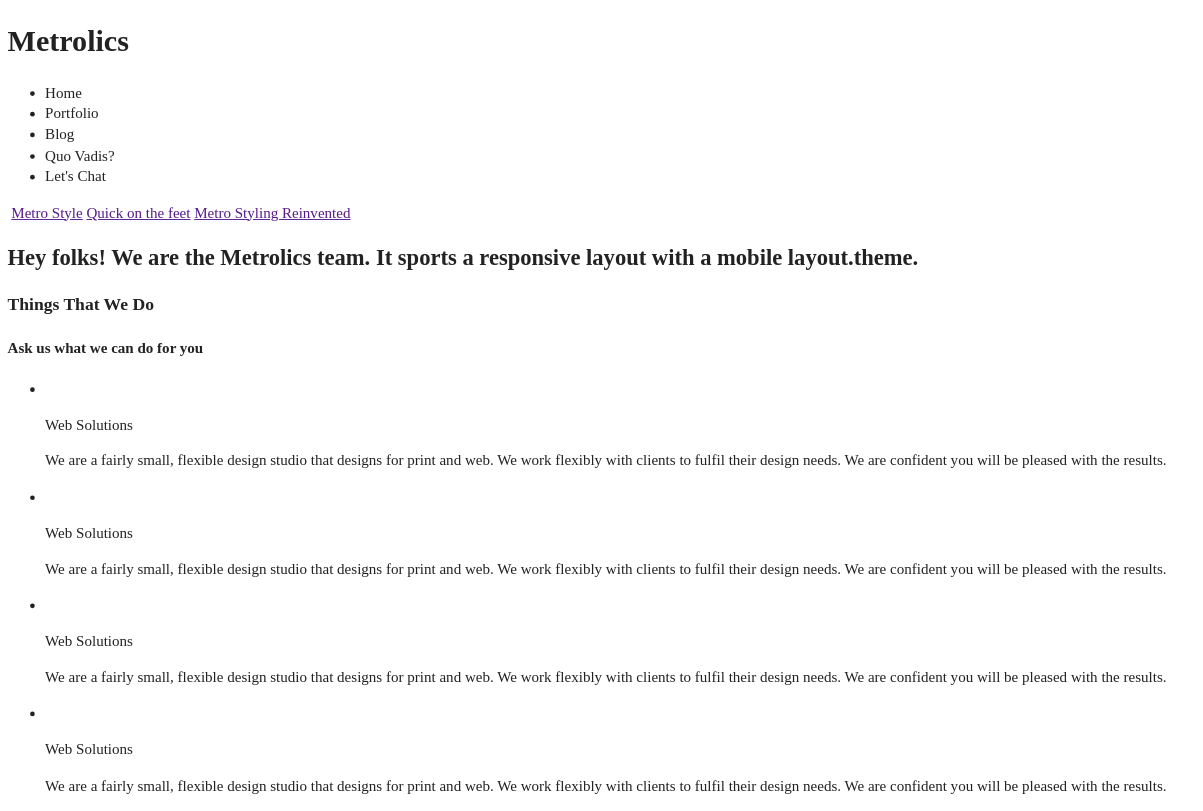
Repository: kaitlynlew/Lab02-Metrolics
Page: index.html
These files come from the project's save history. The page is drawn as it stood at one moment and after the next save; the edit follows.
The browser window is 1280 px wide. The pictures show the whole page, at 94% of full size.

Above is the page before, as saved 2025-01-22 15:16:33.

### index.html
<!doctype html>
<html class="no-js" lang="">

<head>
  <meta charset="utf-8">
  <meta name="viewport" content="width=device-width, initial-scale=1">
  <title>Metrolics</title>
  <link rel="stylesheet" href="css/style.css">
  <meta name="description" content="">

  <meta property="og:title" content="">
  <meta property="og:type" content="">
  <meta property="og:url" content="">
  <meta property="og:image" content="">
  <meta property="og:image:alt" content="">

  <link rel="manifest" href="site.webmanifest">
  <meta name="theme-color" content="#fafafa">
</head>

<body>

  <header>
    <h1>Metrolics</h1>
    <nav>
        <ul>
            <li>Home</li>
            <li>Portfolio</li>
            <li>Blog</li>
            <li>Quo Vadis?</li>
            <li>Let's Chat</li>
        </ul>
    </nav>
</header>

<div>
  <img src="">
  <a href="">Metro Style</a>
  <a href="">Quick on the feet</a>
  <a href="">Metro Styling Reinvented</a>
</div>

<h2>Hey folks! We are the Metrolics team. It sports a responsive layout with a mobile layout.theme.</h2>

<section>
    <h3>Things That We Do</h3>
    <h4>Ask us what we can do for you</h4>
    <div>
        <ul>
            <li><img src="">
                <p>Web Solutions</p>
                <p>We are a fairly small, flexible design studio that designs for print and web. We work flexibly with clients to fulfil their design needs. We are confident you will be pleased with the results.</p>
            </li>
        </ul>
        <ul>
            <li><img src="">
                <p>Web Solutions</p>
                <p>We are a fairly small, flexible design studio that designs for print and web. We work flexibly with clients to fulfil their design needs. We are confident you will be pleased with the results.</p>
            </li>
        </ul>
        <ul>
            <li><img src="">
                <p>Web Solutions</p>
                <p>We are a fairly small, flexible design studio that designs for print and web. We work flexibly with clients to fulfil their design needs. We are confident you will be pleased with the results.</p>
            </li>
        </ul>
        <ul>
            <li><img src="">
                <p>Web Solutions</p>
                <p>We are a fairly small, flexible design studio that designs for print and web. We work flexibly with clients to fulfil their design needs. We are confident you will be pleased with the results.</p>
            </li>
        </ul>
    </div>
</section>

  <script src="js/app.js"></script>

</body>

</html>

### css/style.css
/*! HTML5 Boilerplate v9.0.1 | MIT License | https://html5boilerplate.com/ */

/* main.css 3.0.0 | MIT License | https://github.com/h5bp/main.css#readme */
/*
 * What follows is the result of much research on cross-browser styling.
 * Credit left inline and big thanks to Nicolas Gallagher, Jonathan Neal,
 * Kroc Camen, and the H5BP dev community and team.
 */

/* ==========================================================================
   Base styles: opinionated defaults
   ========================================================================== */

html {
  color: #222;
  font-size: 1em;
  line-height: 1.4;
}

/*
 * Remove text-shadow in selection highlight:
 * https://twitter.com/miketaylr/status/12228805301
 *
 * Customize the background color to match your design.
 */

::-moz-selection {
  background: #b3d4fc;
  text-shadow: none;
}

::selection {
  background: #b3d4fc;
  text-shadow: none;
}

/*
 * A better looking default horizontal rule
 */

hr {
  display: block;
  height: 1px;
  border: 0;
  border-top: 1px solid #ccc;
  margin: 1em 0;
  padding: 0;
}

/*
 * Remove the gap between audio, canvas, iframes,
 * images, videos and the bottom of their containers:
 * https://github.com/h5bp/html5-boilerplate/issues/440
 */

audio,
canvas,
iframe,
img,
svg,
video {
  vertical-align: middle;
}

/*
 * Remove default fieldset styles.
 */

fieldset {
  border: 0;
  margin: 0;
  padding: 0;
}

/*
 * Allow only vertical resizing of textareas.
 */

textarea {
  resize: vertical;
}

/* ==========================================================================
   Author's custom styles
   ========================================================================== */

/* ==========================================================================
   Helper classes
   ========================================================================== */

/*
 * Hide visually and from screen readers
 */

.hidden,
[hidden] {
  display: none !important;
}

/*
 * Hide only visually, but have it available for screen readers:
 * https://snook.ca/archives/html_and_css/hiding-content-for-accessibility
 *
 * 1. For long content, line feeds are not interpreted as spaces and small width
 *    causes content to wrap 1 word per line:
 *    https://medium.com/@jessebeach/beware-smushed-off-screen-accessible-text-5952a4c2cbfe
 */

.visually-hidden {
  border: 0;
  clip: rect(0, 0, 0, 0);
  height: 1px;
  margin: -1px;
  overflow: hidden;
  padding: 0;
  position: absolute;
  white-space: nowrap;
  width: 1px;
  /* 1 */
}

/*
 * Extends the .visually-hidden class to allow the element
 * to be focusable when navigated to via the keyboard:
 * https://www.drupal.org/node/897638
 */

.visually-hidden.focusable:active,
.visually-hidden.focusable:focus {
  clip: auto;
  height: auto;
  margin: 0;
  overflow: visible;
  position: static;
  white-space: inherit;
  width: auto;
}

/*
 * Hide visually and from screen readers, but maintain layout
 */

.invisible {
  visibility: hidden;
}

/*
 * Clearfix: contain floats
 *
 * The use of `table` rather than `block` is only necessary if using
 * `::before` to contain the top-margins of child elements.
 */

.clearfix::before,
.clearfix::after {
  content: "";
  display: table;
}

.clearfix::after {
  clear: both;
}

/* ==========================================================================
   EXAMPLE Media Queries for Responsive Design.
   These examples override the primary ('mobile first') styles.
   Modify as content requires.
   ========================================================================== */

@media only screen and (min-width: 35em) {
  /* Style adjustments for viewports that meet the condition */
}

@media print,
  (-webkit-min-device-pixel-ratio: 1.25),
  (min-resolution: 1.25dppx),
  (min-resolution: 120dpi) {
  /* Style adjustments for high resolution devices */
}

/* ==========================================================================
   Print styles.
   Inlined to avoid the additional HTTP request:
   https://www.phpied.com/delay-loading-your-print-css/
   ========================================================================== */

@media print {
  *,
  *::before,
  *::after {
    background: #fff !important;
    color: #000 !important;
    /* Black prints faster */
    box-shadow: none !important;
    text-shadow: none !important;
  }

  a,
  a:visited {
    text-decoration: underline;
  }

  a[href]::after {
    content: " (" attr(href) ")";
  }

  abbr[title]::after {
    content: " (" attr(title) ")";
  }

  /*
   * Don't show links that are fragment identifiers,
   * or use the `javascript:` pseudo protocol
   */
  a[href^="#"]::after,
  a[href^="javascript:"]::after {
    content: "";
  }

  pre {
    white-space: pre-wrap !important;
  }

  pre,
  blockquote {
    border: 1px solid #999;
    page-break-inside: avoid;
  }

  tr,
  img {
    page-break-inside: avoid;
  }

  p,
  h2,
  h3 {
    orphans: 3;
    widows: 3;
  }

  h2,
  h3 {
    page-break-after: avoid;
  }
}

Loaded but not shown: js/app.js (no stored copy; drawn as an empty file)

After the next save:
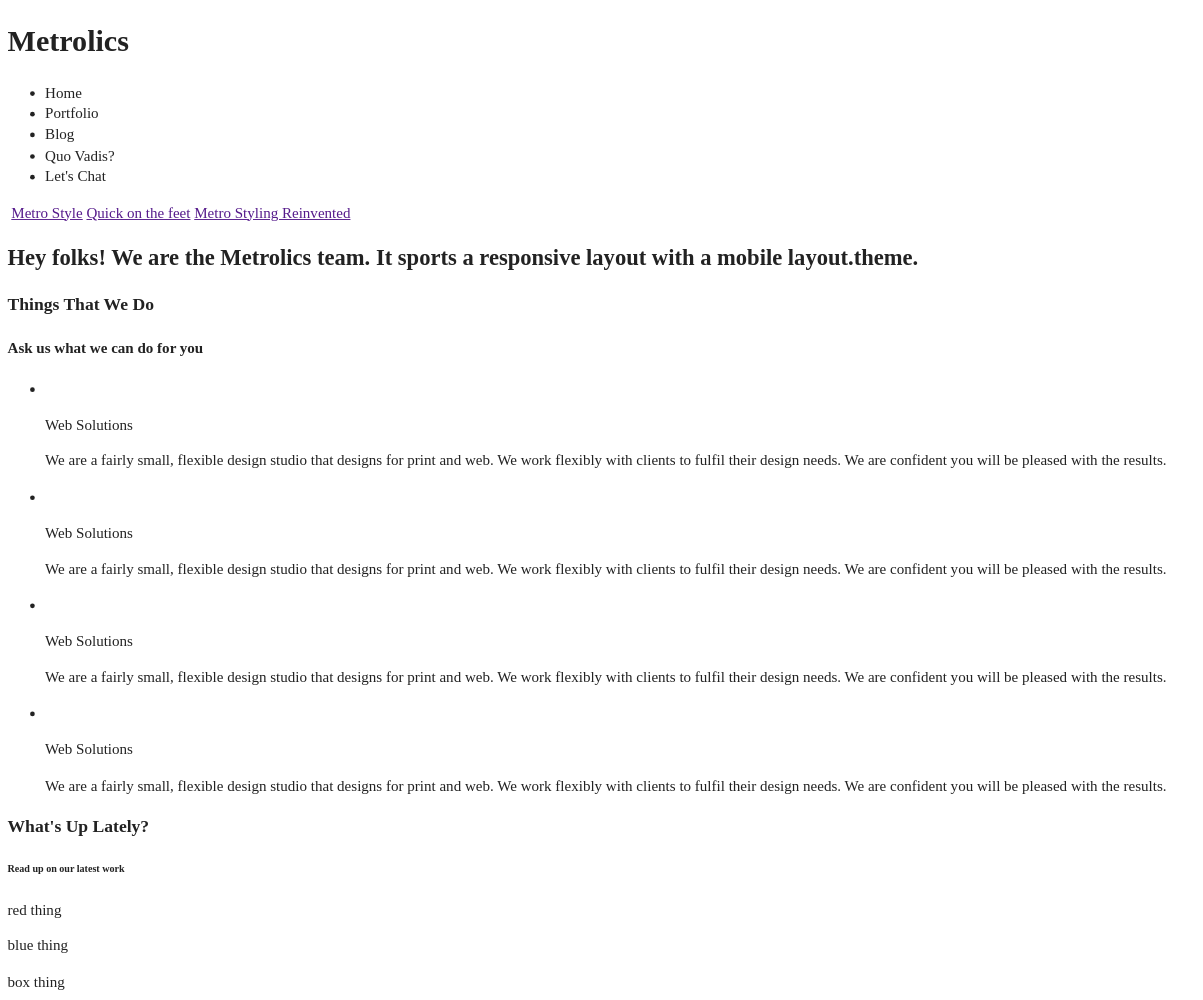
Saved 61 s later.
--- a/index.html
+++ b/index.html
@@ -73,6 +73,26 @@
     </div>
 </section>
 
+<section>
+  <h3>What's Up Lately?</h3>
+  <h6>Read up on our latest work</h6>
+  <div>
+      <article>
+          <div>red thing</div>
+          <p></p>
+          <p></p>
+      </article>
+  </div>
+  <div>
+      blue thing
+      <div>
+          <p></p>
+          <p></p>
+          <div>box thing</div>
+      </div>
+  </div>
+</section>
+
   <script src="js/app.js"></script>
 
 </body>
